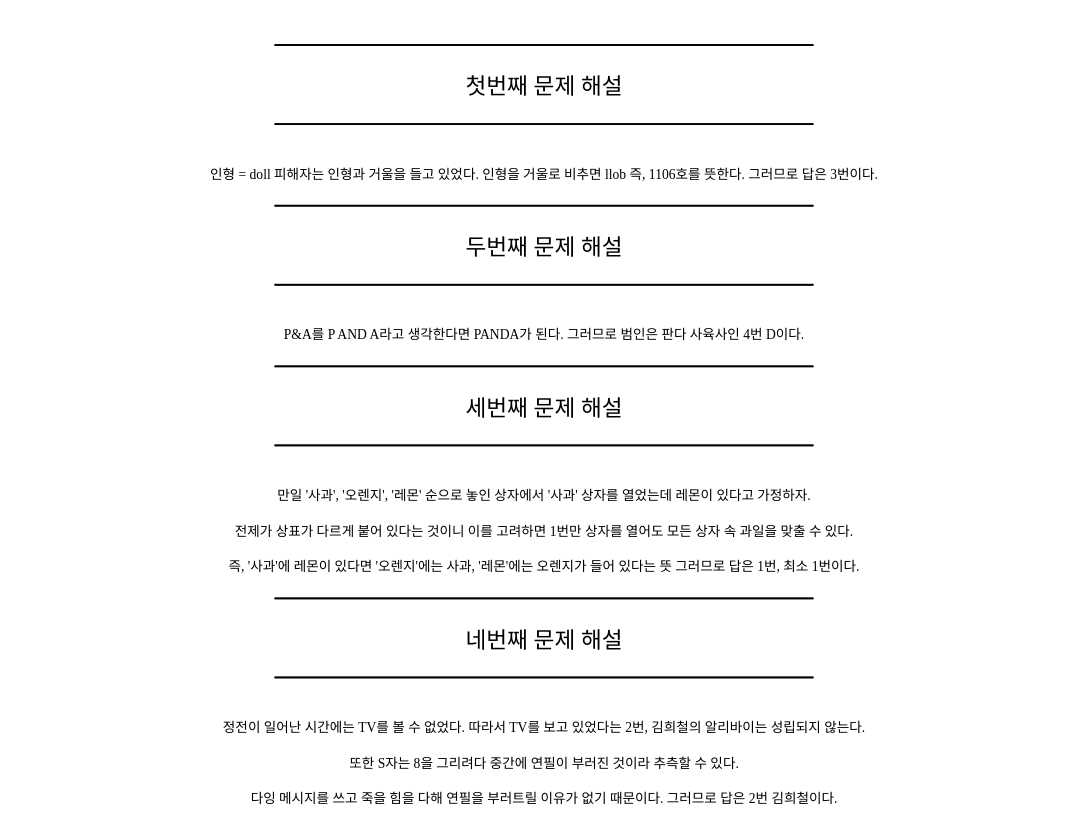
Repository: minkyung0421/Event_Project
Page: http://localhost/Event/inter.jsp
The author's editor kept a copy of each file at every save. The page is drawn from the files as they stood at one save, then again after the next save.
The browser window is 1280 px wide. The pictures show the whole page, at 85% of full size.
The page is served by Tomcat 9.

Above is the page before, as saved 2018-09-04 19:54:40.

After the next save:
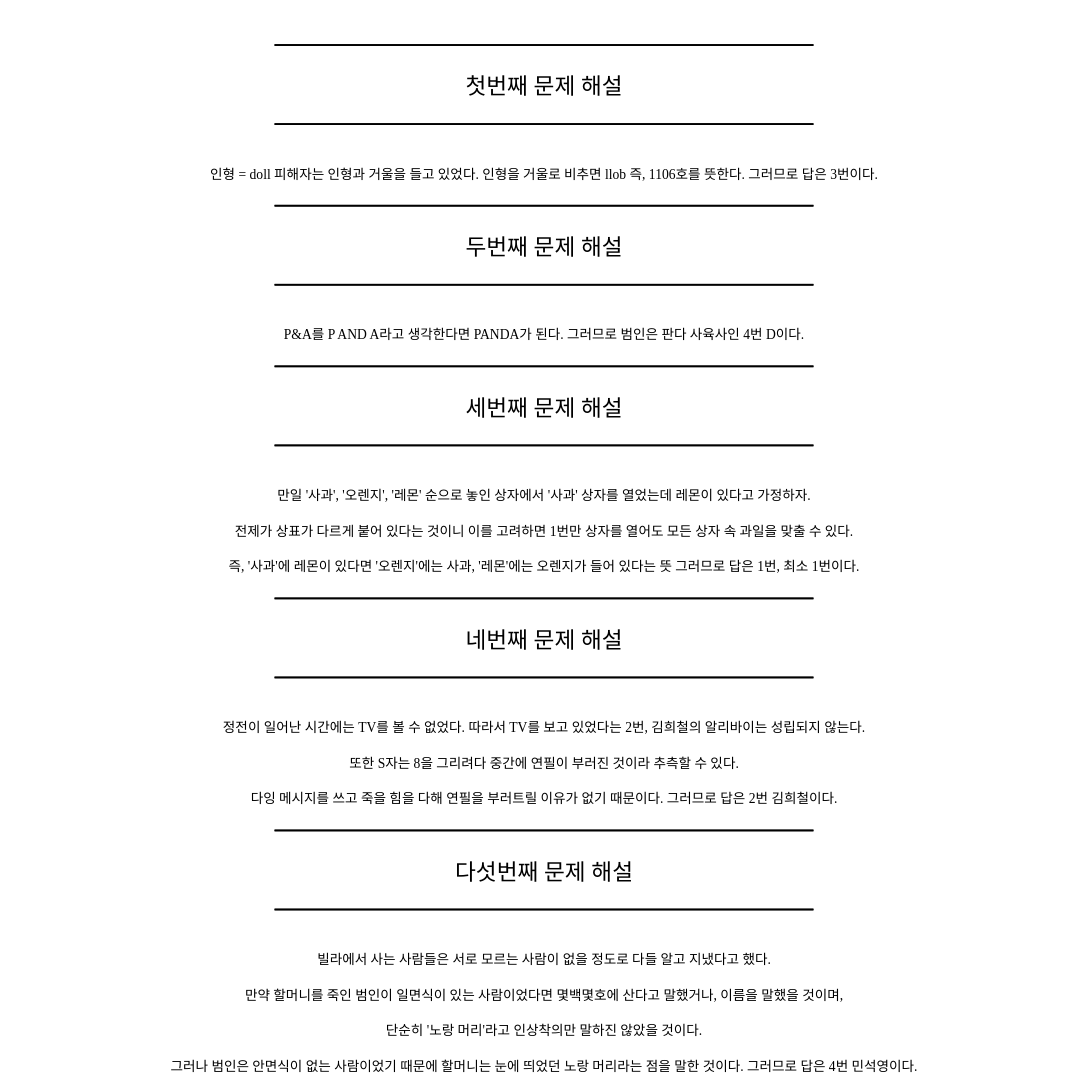
Saved 2 min 16 s later.
--- a/Event_Project/Event/WebContent/inter.jsp
+++ b/Event_Project/Event/WebContent/inter.jsp
@@ -51,6 +51,19 @@
 		정전이 일어난 시간에는 TV를 볼 수 없었다. 따라서 TV를 보고 있었다는 2번, 김희철의 알리바이는 성립되지 않는다.<br><br>
 		또한 S자는 8을 그리려다 중간에 연필이 부러진 것이라 추측할 수 있다.<br><br>
 		다잉 메시지를 쓰고 죽을 힘을 다해 연필을 부러트릴 이유가 없기 때문이다. 그러므로 답은 2번 김희철이다.
+
+		<br><br>
+		<hr color="black" style = "width: 50%">
+		<br>
+		<div style = "font-size: 20pt;">다섯번째 문제 해설</div>
+		<br>
+		<hr color="black" style = "width: 50%">
+		<br>
+		<br>
+		빌라에서 사는 사람들은 서로 모르는 사람이 없을 정도로 다들 알고 지냈다고 했다.<br><br>
+		만약 할머니를 죽인 범인이 일면식이 있는 사람이었다면 몇백몇호에 산다고 말했거나, 이름을 말했을 것이며,<br><br>
+		단순히 '노랑 머리'라고 인상착의만 말하진 않았을 것이다.<br><br>
+		그러나 범인은 안면식이 없는 사람이었기 때문에 할머니는 눈에 띄었던 노랑 머리라는 점을 말한 것이다. 그러므로 답은 4번 민석영이다.
 </center>
 </body>
 </html>
